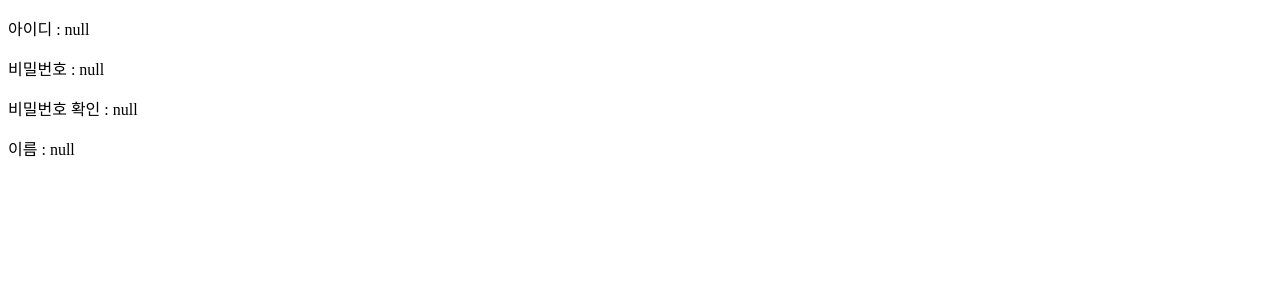
Repository: ZicoPark/Lost-Dev
Page: http://localhost/04_member/result.jsp
These files come from the project's save history. The page is drawn as it stood at one moment and after the next save; the edit follows.
The browser window is 1280 px wide. The pictures show the whole page.
The page is served by Tomcat 9.

Above is the page before, as saved 2023-02-20 06:12:57.

### JSP/04_member/WebContent/result.jsp
<%@ page language="java" contentType="text/html; charset=UTF-8"
    pageEncoding="UTF-8"%>
<!DOCTYPE html>
<html>
<head>
<meta charset="UTF-8">
<title>Insert title here</title>
</head>
<body>
	<!-- index.html로 부터 온 파라메터 값을 여기에 표현 하시오. -->
	<p>아이디 : <%= request.getParameter("userId") %></p>
	<p>비밀번호 : <%= request.getParameter("userPw") %></p>
	<p>비밀번호 확인 : <%= request.getParameter("userPwconfirm") %></p>
	<p>이름 : <%= request.getParameter("userName") %></p>

</body>
</html>

After the next save:
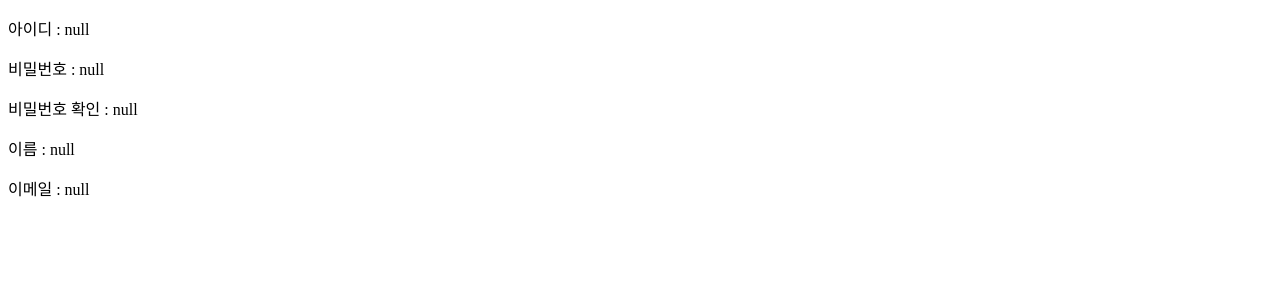
Saved 13 s later.
--- a/JSP/04_member/WebContent/result.jsp
+++ b/JSP/04_member/WebContent/result.jsp
@@ -12,6 +12,7 @@
 	<p>비밀번호 : <%= request.getParameter("userPw") %></p>
 	<p>비밀번호 확인 : <%= request.getParameter("userPwconfirm") %></p>
 	<p>이름 : <%= request.getParameter("userName") %></p>
+	<p>이메일 : <%= request.getParameter("email") %></p>
 
 </body>
 </html>
